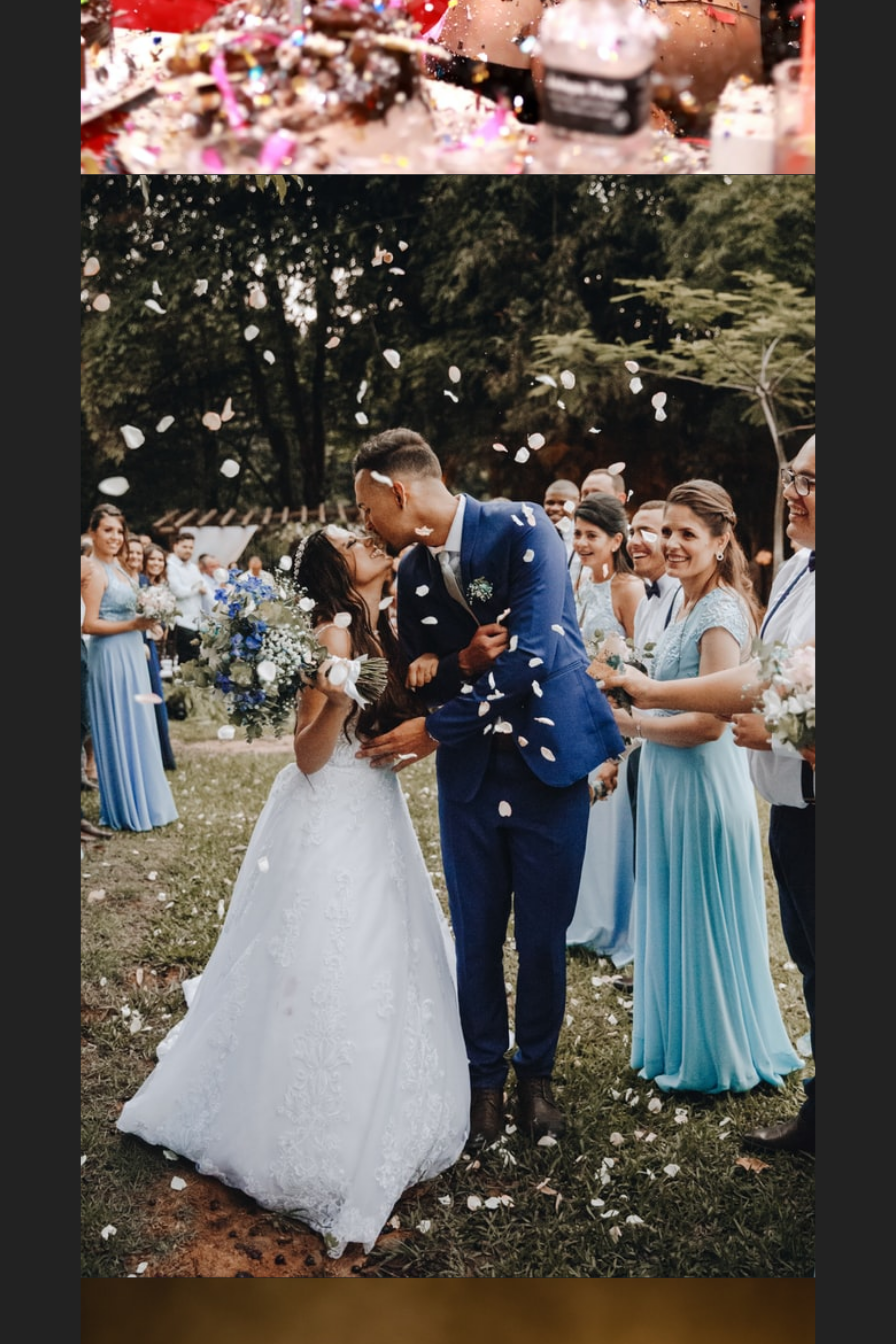
Repository: Jayce1607/First-clone
Page: html/index.html
The author's editor kept a copy of each file at every save. The page is drawn from the files as they stood at one save, then again after the next save.
The browser window is 1280 px wide. The pictures show the part of the page from y = 1657 to 3577 px (the page is 8228 px tall before and 1927 px after), at 70% of full size.

Above is the page before, as saved 2021-08-26 18:43:25.

### html/index.html
<!DOCTYPE html>
<html lang="en">
<head>
  <meta charset="UTF-8">
  <meta http-equiv="X-UA-Compatible" content="IE=edge">
  <meta name="viewport" content="width=device-width, initial-scale=1.0">
  <title>Event Organizer Website Design Using HTML - CSS - Javascript </title>
  <link rel="stylesheet" href="../css/reset.css">
  <link rel="stylesheet" href="../css/app.css">
  <link
  rel="stylesheet"
  href="https://unpkg.com/swiper@7/swiper-bundle.min.css"
/>
  <link rel="stylesheet" href="https://cdnjs.cloudflare.com/ajax/libs/font-awesome/5.15.4/css/all.min.css">
  <link rel="preconnect" href="https://fonts.googleapis.com">
<link rel="preconnect" href="https://fonts.gstatic.com" crossorigin>
<link href="https://fonts.googleapis.com/css2?family=Roboto:ital,wght@0,100;0,300;0,400;0,500;0,700;0,900;1,900&display=swap" rel="stylesheet">

</head>
<body>
  <!-- header start -->
  <header class="header">
    <a href="#" class="logo"><span>E</span>zeal</a>
    <nav class="navbar">
      <a href="#home">Home</a>
      <a href="#service">Service</a>
      <a href="#about">about</a>
      <a href="#galery">galery</a>
      <a href="#price">price</a>
      <a href="#contact">Contact</a>
    </nav>
    <div id="menu-bars" class="fa fa-bars"></div>
  </header>

  <!-- header end  -->
  <!-- home section start -->
  <section class="home" id="home">
    <div class="content">
      <h3>its time to celebrate! the best <span>event organizered</span></h3>
      <a href="#" class="btn">Contact Us</a>
    </div>
    <div class="swiper mySwiper home-slider ">
      <div class="wrapper">
        <div class="slide">
          <img src="../images/slide-1.jpg" alt="">
        </div>
        <div class="slide">
          <img src="../images/slide-2.jpg" alt="">
        </div>
        <div class="slide">
          <img src="../images/slide-3.jpg" alt="">
        </div>
        <div class="slide">
          <img src="../images/slide-4.jpg" alt="">
        </div>
        <div class="slide">
          <img src="../images/slide-5.jpg" alt="">
        </div>
      </div>
    </div>
  </section>
  <!-- home section end -->

  <script src="../javascript/starter.js"></script>
  <script src="https://unpkg.com/swiper@7/swiper-bundle.min.js"></script>
</body>
</html>

### css/reset.css
:root{
  --main-color:#3867d6;

}
*{
  margin: 0;
  padding: 0;
  border: 0;
  font-size: 100%;
  text-decoration: none;
  text-transform: capitalize;
  transition: .2s linear;
  font-family: 'Roboto', sans-serif;

 }
html, body, div, span, applet, object, iframe,h1, h2, h3, h4, h5, h6, p{
  margin: 0;
  padding: 0;
  border: 0;
  font-size: 62.5%;
  font-family: 'Roboto', sans-serif;
  overflow-x: hidden;
  scroll-padding-top: 7rem;
  scroll-behavior: smooth;
}
html::-webkit-scrollbar{
  width: 1rem;
}
html::-webkit-scrollbar-track{
background: #444;
}
html::-webkit-scrollbar-thumb{
  background: var(--main-color);
  border-radius: 5rem;
}
body{
  background-color: #222;
}
ol, ul {
  list-style: none;
}
img{
  object-fit: cover;
  max-width: 100%;
  width: 100%;
}
section{
  padding: 2rem 9%;
}

### css/app.css
.header {
  position: fixed;
  top: 0;
  left: 0;
  right: 0;
  z-index: 1000;
  background-color: #333;
  display: flex;justify-content: space-between;
  align-items: center;
  padding: 1.5rem 9%;
}
.header .logo{
  font-weight: bolder;
  font-size: 2.5rem;
  color: #fff;
}
.header .logo span{
  color:var(--main-color);
}
.header .navbar a{
  font-size: 1.7rem;
  color: #fff;
 margin-left: 2rem;
}
.header .navbar a:hover{
  color: var(--main-color);
}
#menu-bars{
  font-size: 3rem;
  color: #fff;
  cursor: pointer;
  display: none;
}
.btn{
  margin-top: 1rem;
  display: inline-block;
  padding: 0.8rem 3rem;
  font-size: 1.7rem;
  border-radius: .5rem;
  border: 0;
  background: #666;
  color: #fff;
  cursor: pointer;
  font-weight: 600;
}
.btn:hover{
  background-color: var(--main-color);
}
/* home section */
.home{
 margin-top: 6rem;

}
.home .content {
  text-align: center;
  padding-top: 6rem;
  margin: 2rem auto;
  max-width: 70rem;
}
.home .content h3{
  font-size: 4.5rem;
  text-align: center;
  color: #fff;
}
.home .content h3 span{
  color: var(--main-color);
  text-transform: uppercase;
}































/* media queries */
@media (max-width:991px){
  html{
    font-size: 55%;
  }
  .header{
    padding: 1.5rem 2rem;
  }


}
@media (max-width:767px){
  .header #menu-bars{
    display: initial;
  }
  .header .navbar{
    position: absolute;
    top: 100%;
    right: 0;
    bottom: 0;
    left: 0;
    border-top: .1px solid #222;
    background-color: #333;
    transform: translateX(100%);
    opacity: 0;
    transition: opacity .5s linear;
  }
  .header .navbar.active{
    transform: translateX(0);
    opacity: 1;
  }
  .fa-times{
    transform: rotate(180deg);
  }
  .header .navbar a{
    display: flex;

    padding: 1.3rem;
    border-radius: .5rem;
    margin: 1.3rem;
    font-size: 1.5rem;
    background:#444;

  }
}
@media (max-width:450px){
  html{
    font-size: 50%;
  }



}

### javascript/starter.js
const menu=document.querySelector("#menu-bars");
let navbar=document.querySelector(".navbar");
// menu.addEventListener("click",function(e){
//   navbar.style. clipPath="";
// })
menu.addEventListener("click",function(e){
  e.target.classList.toggle("fa-times");
  navbar.classList.toggle("active")
})

window.onscroll=()=>{
  menu.classList.remove("fa-times")
  navbar.classList.remove("active")

}

After the next save:
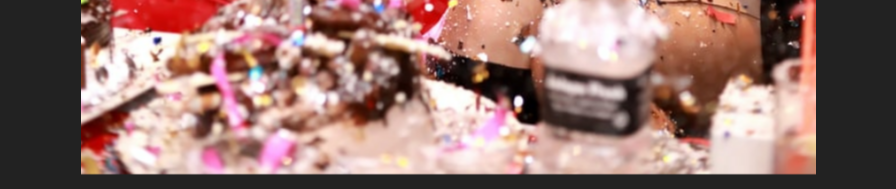
Saved 45 s later.
--- a/html/index.html
+++ b/html/index.html
@@ -40,20 +40,20 @@
       <a href="#" class="btn">Contact Us</a>
     </div>
     <div class="swiper mySwiper home-slider ">
-      <div class="wrapper">
-        <div class="slide">
+      <div class="swiper-wrapper wrapper">
+        <div class="swiper-slide slide">
           <img src="../images/slide-1.jpg" alt="">
         </div>
-        <div class="slide">
+        <div class="swiper-slide slide">
           <img src="../images/slide-2.jpg" alt="">
         </div>
-        <div class="slide">
+        <div class="swiper-slide slide">
           <img src="../images/slide-3.jpg" alt="">
         </div>
-        <div class="slide">
+        <div class="swiper-slide slide">
           <img src="../images/slide-4.jpg" alt="">
         </div>
-        <div class="slide">
+        <div class="swiper-slide slide">
           <img src="../images/slide-5.jpg" alt="">
         </div>
       </div>
